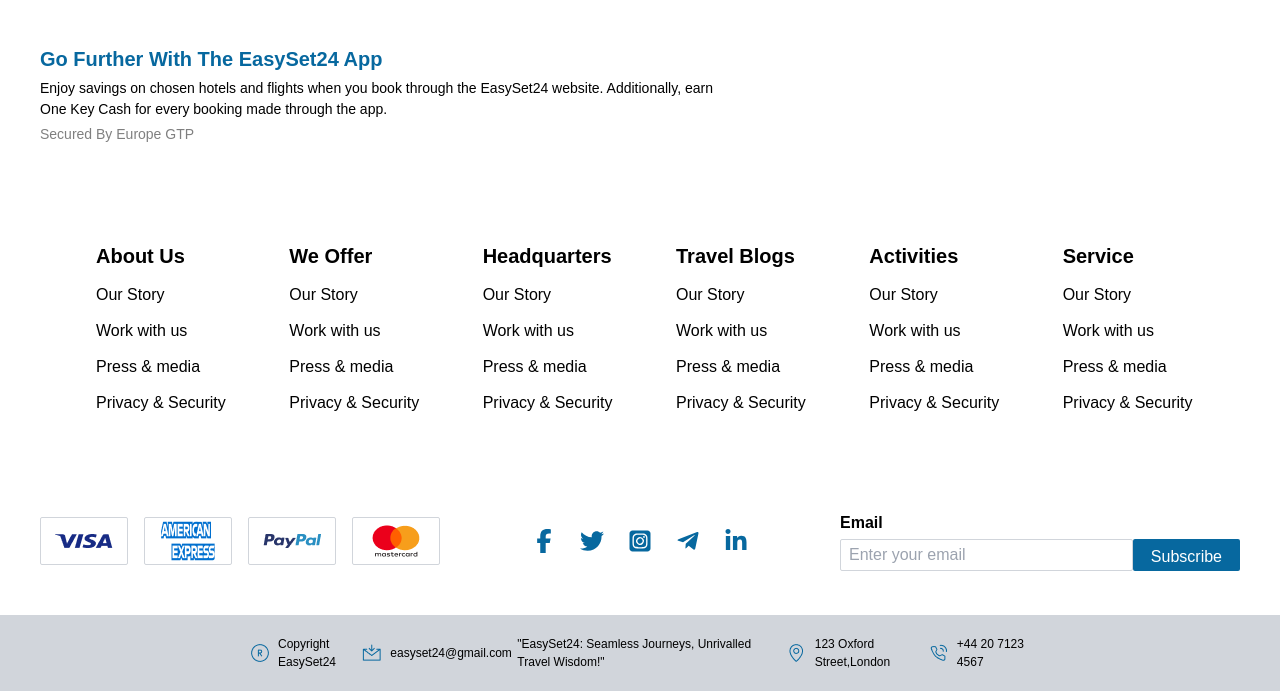
Repository: Quynhhuong150322/DIKO_STUDY_TRAVEL_WEB
Page: /
These files come from the project's save history. The page is drawn as it stood at one moment and after the next save; the edit follows.
The browser window is 1280 px wide. The pictures show the part of the page from y = 4838 to 5529 px (the page is 5529 px tall before and 5465 px after).
The project was rebuilt for these pictures with package versions that can differ from the ones it lists, and the page was loaded fresh each time. Also part of the build but not shown: src/components/Login.js, src/components/Register.js. Imported but missing from the stored project, and not drawn on this page: src/redux/slices/authSlice.

Above is the page before, as saved 2024-02-26 10:36:25.

After the next save:
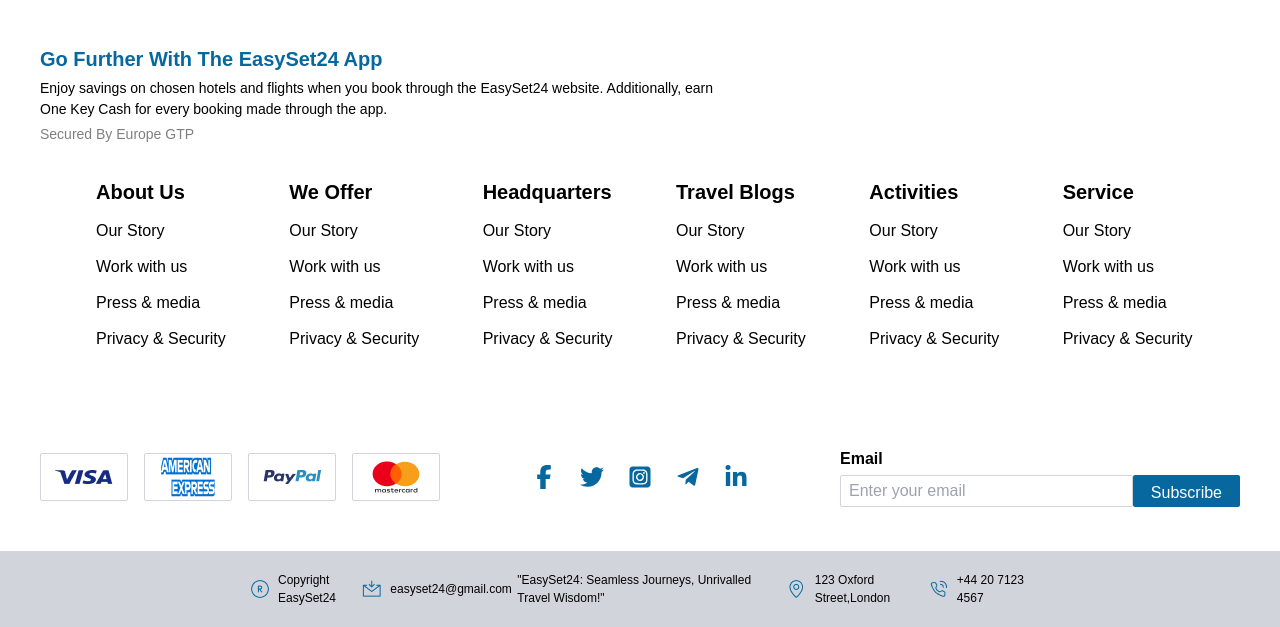
Saved 65 s later.
--- a/src/components/Footer.js
+++ b/src/components/Footer.js
@@ -78,23 +78,23 @@ const IconsList = [
 const Footer = () => {
   return (
     <div className='py-11'>
+      <div className='flex'>
+        <div className='basis-7/12 flex flex-col gap-1'>
+          <h2 className='font-bold text-primary text-xl'>
+            Go Further With The EasySet24 App
+          </h2>
+          <p className='text-ba '>
+            Enjoy savings on chosen hotels and flights when you book through the EasySet24 website. Additionally, earn One Key Cash for every booking made through the app.
+          </p>
+          <p className='text-ba text-black/50'>
+            Secured By Europe GTP
+          </p>
+        </div>
+        <div className=''>
+
+        </div>
+      </div>
       <div className='flex flex-col  gap-16'>
-        <div className='flex'>
-          <div className='basis-7/12 flex flex-col gap-1'>
-            <h2 className='font-bold text-primary text-xl'>
-              Go Further With The EasySet24 App
-            </h2>
-            <p className='text-ba '>
-              Enjoy savings on chosen hotels and flights when you book through the EasySet24 website. Additionally, earn One Key Cash for every booking made through the app.
-            </p>
-            <p className='text-ba text-black/50'>
-              Secured By Europe GTP
-            </p>
-          </div>
-          <div className=''>
-
-          </div>
-        </div>
         {/* footer menu  */}
         <div className='grid grid-cols-6 sm:grid-col col-span-2 md:pl-10'>
           <div className="py-8 px-4">
